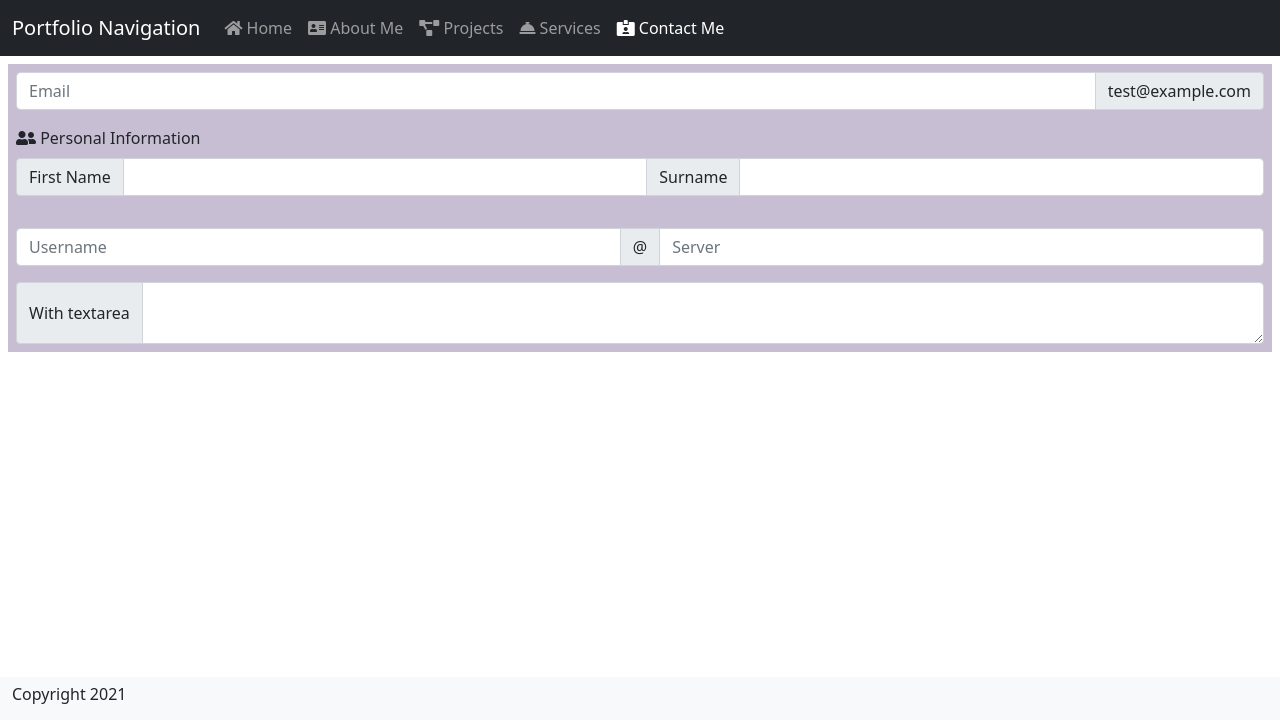
Repository: GarlicButterBoy/Portfolio
Page: contact.html
The author's editor kept a copy of each file at every save. The page is drawn from the files as they stood at one save, then again after a run of saves.
The browser window is 1280 px wide. The page is 1284 px wide, so the pictures cover 1284 px, including what lies to the right of the window. The pictures show the whole page.

Above is the page before, as saved 2021-06-09 13:03:57.

### contact.html
<!DOCTYPE html>
<html lang="en">
<head>
    <meta charset="UTF-8">
    <meta http-equiv="X-UA-Compatible" content="IE=edge">
    <meta name="viewport" content="width=device-width, initial-scale=1.0">
    <title>Nick Sturch-Flint Portfolio</title>
    <link rel="stylesheet" href="./node_modules/bootstrap/dist/css/bootstrap.min.css">
    <link rel="stylesheet" href="./node_modules/@fortawesome/fontawesome-free/css/all.min.css">
    <link rel="stylesheet" href="./Content/app.css">
</head>
<body>
  <!-- Main Navigation -->
    <nav class="navbar navbar-expand-lg navbar-dark bg-dark">
        <div class="container-fluid">
          <a class="navbar-brand" href="#">Portfolio Navigation</a>
          <button class="navbar-toggler" type="button" data-bs-toggle="collapse" data-bs-target="#navbarNavAltMarkup" aria-controls="navbarNavAltMarkup" aria-expanded="false" aria-label="Toggle navigation">
            <span class="navbar-toggler-icon"></span>
          </button>
          <div class="collapse navbar-collapse" id="navbarNavAltMarkup">
            <div class="navbar-nav ml-auto">
              <a id="home" class="nav-link" aria-current="page" href="index.html"><i class="fas fa-home"></i> Home</a>
              <a id="about" class="nav-link" href="about.html"><i class="fas fa-address-card"></i> About Me</a>
              <a id="projects" class="nav-link" href="projects.html"><i class="fas fa-project-diagram"></i> Projects</a>
              <a id="services" class="nav-link" href="services.html"><i class="fas fa-concierge-bell"></i> Services</a>
              <a id="contact" class="nav-link" href="contact.html"><i class="fas fa-id-card-alt"></i> Contact Me</a>
            </div>
          </div>
        </div>
      </nav>
      <!-- End of Main Navigation -->

      <main class="containrer p-2">
        <div class="row">
          <div class="col">
            <div class="jumbotron p-2" id="contentArea">

              <div class="input-group mb-3">
                <input type="text" class="form-control" placeholder="Email" aria-label="Email" aria-describedby="basic-addon2">
                <span class="input-group-text" id="basic-addon2">test@example.com</span>
              </div>

              <label for="basic-url" class="form-label"><i class="fas fa-user-friends"></i> Personal Information</label>
              <div class="input-group mb-3">
                <span class="input-group-text" id="basic-addon3">First Name</span>
                <input type="text" class="form-control" id="basic-url" aria-describedby="basic-addon3">

                <span class="input-group-text">Surname</span>
                <input type="text" class="form-control" aria-label="Surname">
              </div>

              <div class="input-group mb-3">
                <span></span>
              </div>

              <div class="input-group mb-3">
                <input type="text" class="form-control" placeholder="Username" aria-label="Username">
                <span class="input-group-text">@</span>
                <input type="text" class="form-control" placeholder="Server" aria-label="Server">
              </div>

              <div class="input-group">
                <span class="input-group-text">With textarea</span>
                <textarea class="form-control" aria-label="With textarea"></textarea>
              </div>
            </div>
          </div>
        </div>
      </main>


      <footer>
        <nav class="navbar fixed-bottom navbar-light bg-light">
          <div class="container-fluid">
            <h6>Copyright 2021</h6>
          </div>
        </nav>
      </footer>

      <!-- Third Party Libraries -->
      <script src="./node_modules/jquery/dist/jquery.min.js"></script>
      <script src="./node_modules/bootstrap/dist/js/bootstrap.min.js"></script>

      <!-- Third Party Libraries -->
    <script src="./Scripts/app.js"></script>
</body>
</html>

### Content/app.css
.jumbotron {
    background-color: #c7bed3;
  }

### Scripts/app.js
"use strict";

//IIFE - Immediately Invoked Function Expression
// OR - Anonymous Self Executing Function
(function()
{
    //declare function variables here...
    console.log("%cDeclaring Variables", "color:blue");

    /**
     * Variable Initialization in this function
     */
    function Start()
    {
        console.log("%cInitializing Variables", "color:green");

        PageSwitcher();

        Main();
    }

    function PageSwitcher()
    {
        let name = window.location.pathname; //returns full .html page name
        let pageName = name.substring(1, name.length - 5); //returns page name without the first / and the final .html


        switch(pageName)
        {
            case "index":
                DisplayHome();

                break;
            case "about":
                DisplayAbout();
                break;
            case "projects":
                DisplayProjects();
                break;
            case "services":
                DisplayServices();
                break;
            case "contact":
                DisplayContact();
                break;
            default:
                console.error("Page Not Found");
                break;
        }

        $("#"+pageName).addClass("active"); //makes the active page link highlighted
    }

    function DisplayHome()
    {
        document.getElementById("home").className = "nav-link active";
         $("button").on("click", () => {
              location.href = "projects.html";
         });
    }

    function DisplayAbout()
    {

    }

    function DisplayProjects()
    {

    }

    function DisplayServices()
    {

    }

    function DisplayContact()
    {

    }

    /**
     * Main program Entry point is here
     */
    function Main()
    {
        console.log("%cMain Program Starting", "color:orange");

    }

    window.addEventListener("load", Start);
})();

Loaded but not shown: node_modules/bootstrap/dist/css/bootstrap.min.css (library); node_modules/@fortawesome/fontawesome-free/css/all.min.css (library); node_modules/jquery/dist/jquery.min.js (library); node_modules/bootstrap/dist/js/bootstrap.min.js (library)

After the next 2 saves:
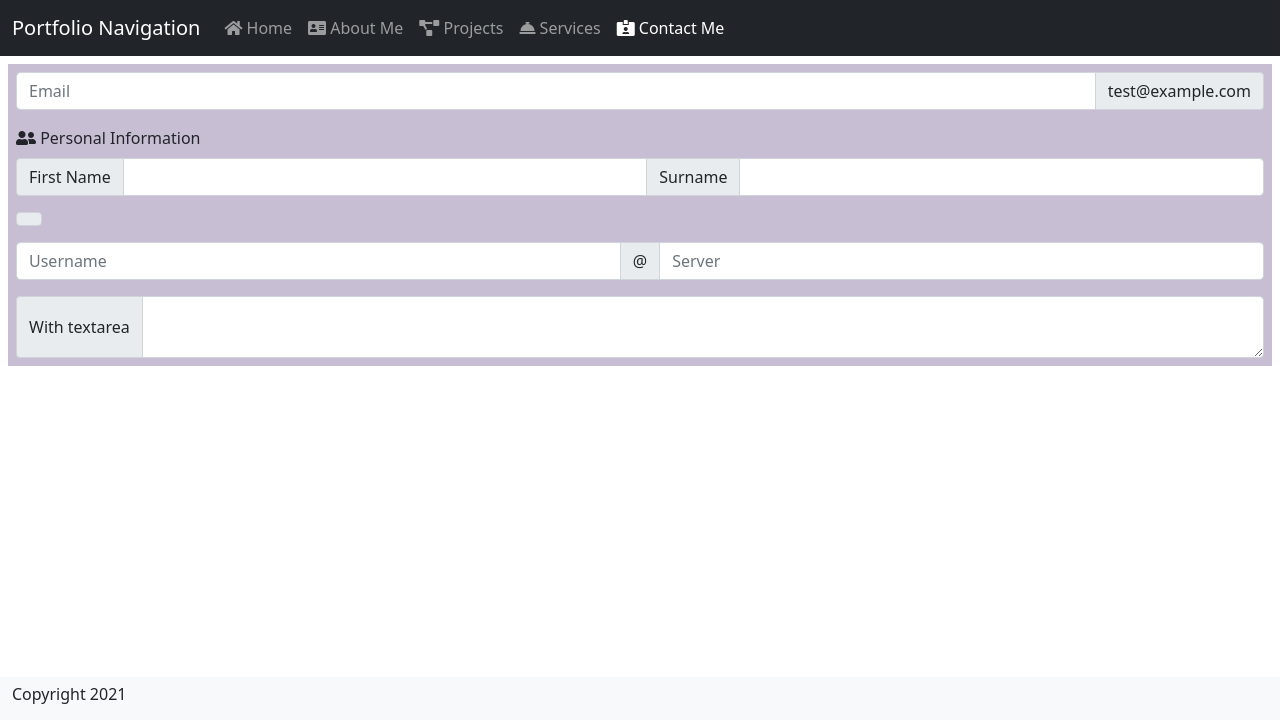
The 2 saves are shown as one change because they came seconds apart.
The last was saved 10 s later.
--- a/contact.html
+++ b/contact.html
@@ -50,7 +50,7 @@
               </div>
 
               <div class="input-group mb-3">
-                <span></span>
+                <span class="input-group-text"></span>
               </div>
 
               <div class="input-group mb-3">
